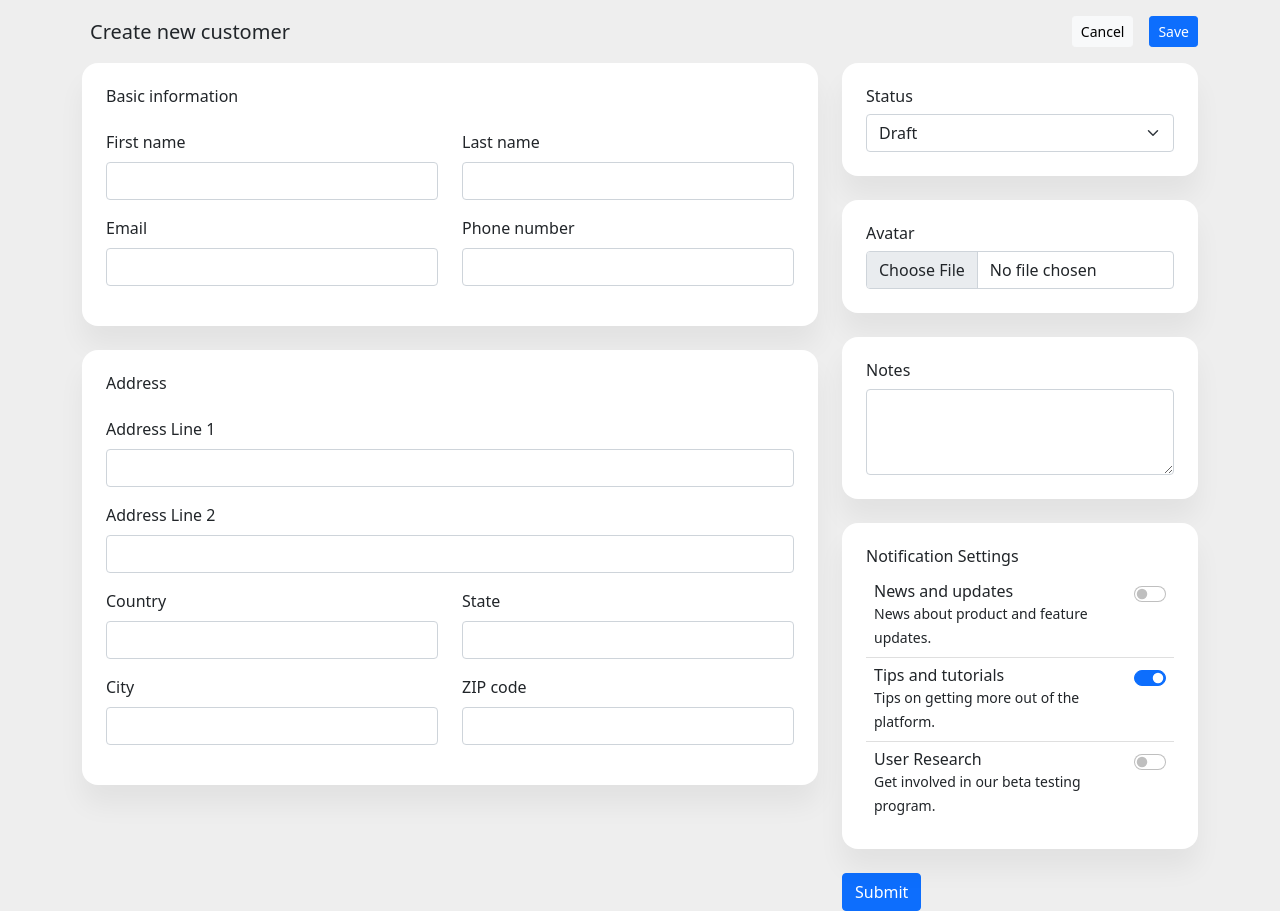
Repository: PRIYANSHU4032/Spring
Page: http://localhost/OurService/views/createClient.jsp
The author's editor kept a copy of each file at every save. The page is drawn from the files as they stood at one save, then again after the next save.
The browser window is 1280 px wide. The pictures show the whole page.
The page is served by Tomcat 9. Other server files are loaded and not shown.

Above is the page before, as saved 2024-04-05 08:16:02.

### OurService/src/main/webapp/views/createClient.jsp
<%@ page language="java" contentType="text/html; charset=UTF-8"
    pageEncoding="UTF-8"%>
<!DOCTYPE html>
<html>
<head>
<link rel='stylesheet' href='https://cdn.jsdelivr.net/npm/bootstrap@5.1.3/dist/css/bootstrap.min.css'>
<meta charset="UTF-8">
<title>Insert title here</title>
<style>
	body{
    background:#eee;
}

.card {
    box-shadow: 0 20px 27px 0 rgb(0 0 0 / 5%);
}

.card {
    position: relative;
    display: flex;
    flex-direction: column;
    min-width: 0;
    word-wrap: break-word;
    background-color: #fff;
    background-clip: border-box;
    border: 0 solid rgba(0,0,0,.125);
    border-radius: 1rem;
}

.card-body {
    -webkit-box-flex: 1;
    -ms-flex: 1 1 auto;
    flex: 1 1 auto;
    padding: 1.5rem 1.5rem;
}
</style>
</head>
<body>
		<div class="container-fluid">

  <div class="container">
    <!-- Title -->
    <div class="d-flex justify-content-between align-items-lg-center py-3 flex-column flex-lg-row">
      <h2 class="h5 mb-3 mb-lg-0"><a href="../../pages/admin/customers.html" class="text-muted"><i class="bi bi-arrow-left-square me-2"></i></a> Create new customer</h2>
      <div class="hstack gap-3">
        <button class="btn btn-light btn-sm btn-icon-text"><i class="bi bi-x"></i> <span class="text">Cancel</span></button>
        <button class="btn btn-primary btn-sm btn-icon-text"><i class="bi bi-save"></i> <span class="text">Save</span></button>
      </div>
    </div>

    <!-- Main content -->
    <form action=>
      <div class="row">
        <!-- Left side -->
        <div class="col-lg-8">
          <!-- Basic information -->
          <div class="card mb-4">
            <div class="card-body">
              <h3 class="h6 mb-4">Basic information</h3>
              <div class="row">
                <div class="col-lg-6">
                  <div class="mb-3">
                    <label class="form-label">First name</label>
                    <input type="text" class="form-control" name="first_name">
                  </div>
                </div>
                <div class="col-lg-6">
                  <div class="mb-3">
                    <label class="form-label">Last name</label>
                    <input type="text" class="form-control" name="last_name">
                  </div>
                </div>
              </div>
              <div class="row">
                <div class="col-lg-6">
                  <div class="mb-3">
                    <label class="form-label">Email</label>
                    <input type="email" class="form-control" name="email">
                  </div>
                </div>
                <div class="col-lg-6">
                  <div class="mb-3">
                    <label class="form-label">Phone number</label>
                    <input type="text" class="form-control" name="phone_number">
                  </div>
                </div>
              </div>
            </div>
          </div>
          <!-- Address -->
          <div class="card mb-4">
            <div class="card-body">
              <h3 class="h6 mb-4">Address</h3>
              <div class="mb-3">
                <label class="form-label">Address Line 1</label>
                <input type="text" class="form-control" name="address_line_1">
              </div>
              <div class="mb-3">
                <label class="form-label">Address Line 2</label>
                <input type="text" class="form-control" name="address_line_2">
              </div>
              <div class="row">
                <div class="col-lg-6">
                  <div class="mb-3">
                    <label class="form-label">Country</label>
                    <select class="select2 form-control select2-hidden-accessible" data-select2-placeholder="Select country" name="country" tabindex="-1" aria-hidden="true">
                      <option data-select2-id="select2-data-3-ibs9"></option>
                      <option value="AF">Afghanistan</option>
                      <option value="BS">Bahamas</option>
                      <option value="KH">Cambodia</option>
                      <option value="DK">Denmark</option>
                      <option value="TL">East Timor</option>
                      <option value="GM">Gambia</option>
                    </select>
                  </div>
                </div>
                <div class="col-lg-6">
                  <div class="mb-3">
                    <label class="form-label">State</label>
                    <select class="select2 form-control select2-hidden-accessible" data-select2-placeholder="Select state" name="state" tabindex="-1" aria-hidden="true">
                      <option data-select2-id="select2-data-4-680y"></option>
                      <option value="AL">Alabama</option>
                      <option value="CA">California</option>
                      <option value="DE">Delaware</option>
                      <option value="FL">Florida</option>
                      <option value="GA">Georgia</option>
                      <option value="HI">Hawaii</option>
                      <option value="ID">Idaho</option>
                      <option value="KS">Kansas</option>
                    </select>
                  </div>
                </div>
              </div>
              <div class="row">
                <div class="col-lg-6">
                  <div class="mb-3">
                    <label class="form-label">City</label>
                    <select class="select2 form-control select2-hidden-accessible" data-select2-placeholder="Select city" name="city" tabindex="-1" aria-hidden="true">
                      <option data-select2-id="select2-data-7-809c"></option>
                      <option value="b">Bangkok</option>
                      <option value="d">Dubai</option>
                      <option value="h">Hong Kong</option>
                      <option value="k">Kuala Lumpur</option>
                      <option value="l">London</option>
                      <option value="n">New York City</option>
                      <option value="m">Macau</option>
                      <option value="p">Paris</option>
                    </select>
                  </div>
                </div>
                <div class="col-lg-6">
                  <div class="mb-3">
                    <label class="form-label">ZIP code</label>
                    <input type="text" class="form-control" name="zip_code">
                  </div>
                </div>
              </div>
            </div>
          </div>
        </div>
        <!-- Right side -->
        <div class="col-lg-4">
          <!-- Status -->
          <div class="card mb-4">
            <div class="card-body">
              <h3 class="h6">Status</h3>
              <select class="form-select" name="status">
                <option value="draft" selected="">Draft</option>
                <option value="active">Active</option>
                <option value="inactive">Inactive</option>
              </select>
            </div>
          </div>
          <!-- Avatar -->
          <div class="card mb-4">
            <div class="card-body">
              <h3 class="h6">Avatar</h3>
              <input class="form-control" type="file" name="avatar">
            </div>
          </div>
          <!-- Notes -->
          <div class="card mb-4">
            <div class="card-body">
              <h3 class="h6">Notes</h3>
              <textarea class="form-control" rows="3" name="notes"></textarea>
            </div>
          </div>
          <!-- Notification settings -->
          <div class="card mb-4">
            <div class="card-body">
              <h3 class="h6">Notification Settings</h3>
              <ul class="list-group list-group-flush mx-n2">
                <li class="list-group-item px-0 d-flex justify-content-between align-items-start">
                  <div class="ms-2 me-auto">
                    <h6 class="mb-0">News and updates</h6>
                    <small>News about product and feature updates.</small>
                  </div>
                  <div class="form-check form-switch">
                    <input class="form-check-input" type="checkbox" role="switch" name="news_updates">
                  </div>
                </li>
                <li class="list-group-item px-0 d-flex justify-content-between align-items-start">
                  <div class="ms-2 me-auto">
                    <h6 class="mb-0">Tips and tutorials</h6>
                    <small>Tips on getting more out of the platform.</small>
                  </div>
                  <div class="form-check form-switch">
                    <input class="form-check-input" type="checkbox" role="switch" name="tips_tutorials" checked="">
                  </div>
                </li>
                <li class="list-group-item px-0 d-flex justify-content-between align-items-start">
                  <div class="ms-2 me-auto">
                    <h6 class="mb-0">User Research</h6>
                    <small>Get involved in our beta testing program.</small>
                  </div>
                  <div class="form-check form-switch">
                    <input class="form-check-input" type="checkbox" role="switch" name="user_research">
                  </div>
                </li>
              </ul>
            </div>
          </div>
          <!-- Submit button -->
          <button type="submit" class="btn btn-primary">Submit</button>
        </div>
      </div>
    </form>
  </div>

</div>
<script src='https://cdn.jsdelivr.net/npm/bootstrap@5.1.3/dist/js/bootstrap.bundle.min.js'></script>

</body>
</html>

After the next save:
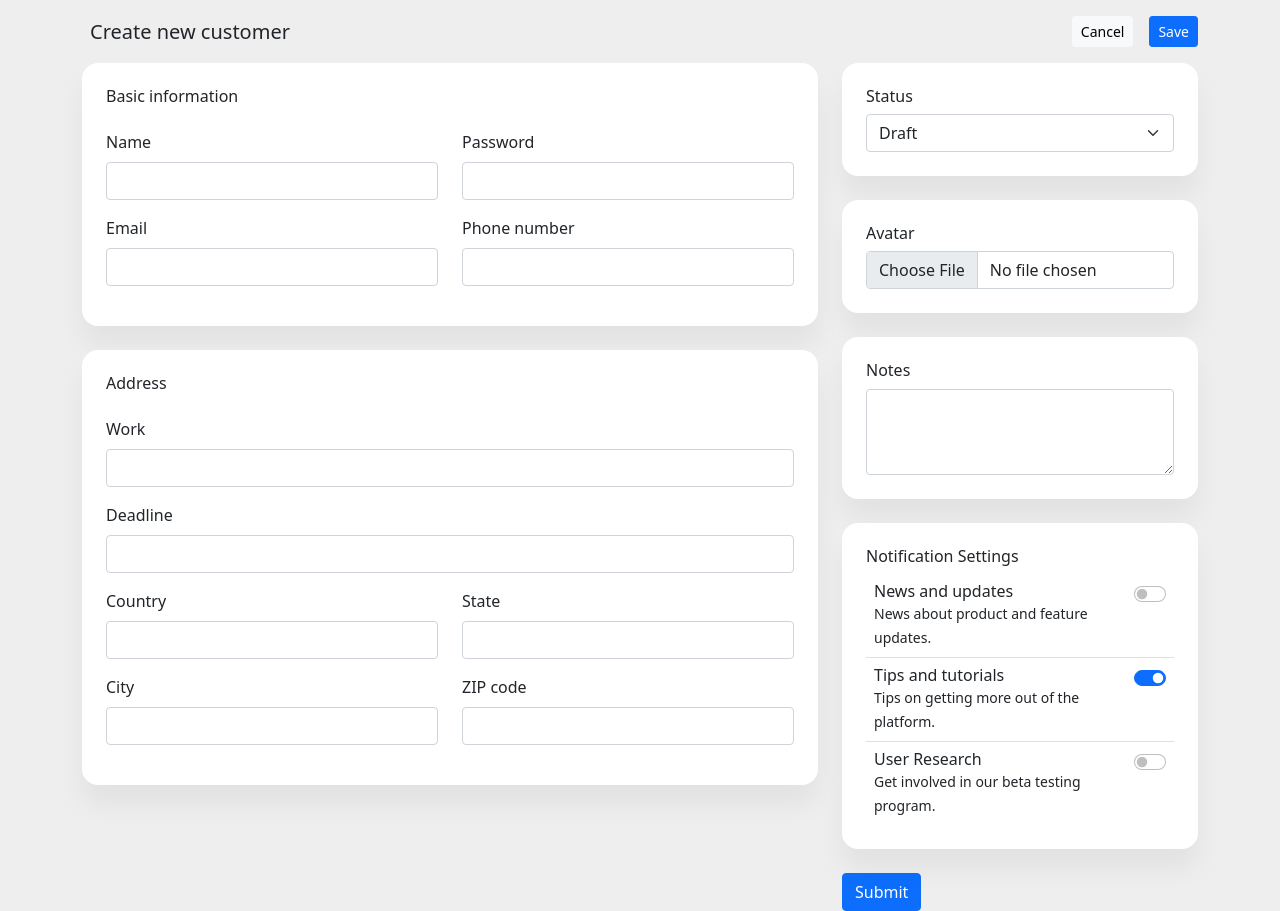
Saved 5 min 26 s later.
--- a/OurService/src/main/webapp/views/createClient.jsp
+++ b/OurService/src/main/webapp/views/createClient.jsp
@@ -60,14 +60,14 @@
               <div class="row">
                 <div class="col-lg-6">
                   <div class="mb-3">
-                    <label class="form-label">First name</label>
-                    <input type="text" class="form-control" name="first_name">
-                  </div>
-                </div>
-                <div class="col-lg-6">
-                  <div class="mb-3">
-                    <label class="form-label">Last name</label>
-                    <input type="text" class="form-control" name="last_name">
+                    <label class="form-label">Name</label>
+                    <input type="text" class="form-control" name="cname">
+                  </div>
+                </div>
+                <div class="col-lg-6">
+                  <div class="mb-3">
+                    <label class="form-label">Password</label>
+                    <input type="password" class="form-control" name="password">
                   </div>
                 </div>
               </div>
@@ -75,13 +75,13 @@
                 <div class="col-lg-6">
                   <div class="mb-3">
                     <label class="form-label">Email</label>
-                    <input type="email" class="form-control" name="email">
+                    <input type="text" class="form-control" name="cemail">
                   </div>
                 </div>
                 <div class="col-lg-6">
                   <div class="mb-3">
                     <label class="form-label">Phone number</label>
-                    <input type="text" class="form-control" name="phone_number">
+                    <input type="text" class="form-control" name="cphone">
                   </div>
                 </div>
               </div>
@@ -92,12 +92,12 @@
             <div class="card-body">
               <h3 class="h6 mb-4">Address</h3>
               <div class="mb-3">
-                <label class="form-label">Address Line 1</label>
-                <input type="text" class="form-control" name="address_line_1">
+                <label class="form-label">Work</label>
+                <input type="text" class="form-control" name="work">
               </div>
               <div class="mb-3">
-                <label class="form-label">Address Line 2</label>
-                <input type="text" class="form-control" name="address_line_2">
+                <label class="form-label">Deadline</label>
+                <input type="text" class="form-control" name="deadline">
               </div>
               <div class="row">
                 <div class="col-lg-6">
